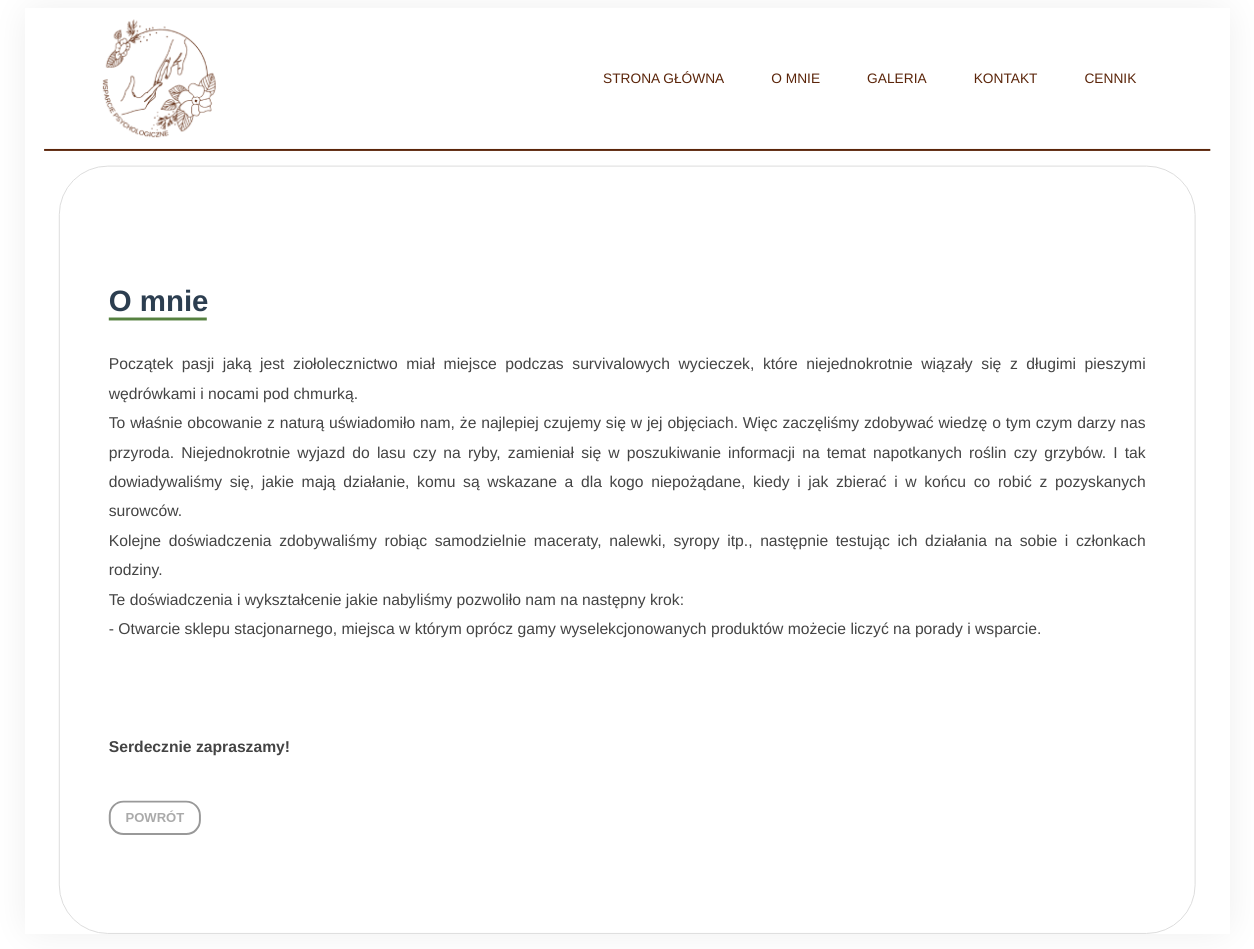
Repository: Kondzioor/szczepan-page
Page: /about
An editor plug-in stored every save of this project. The page is shown before and after the next save, followed by the edit.
The browser window is 1280 px wide. The pictures show the whole page, at 98% of full size.
Some web libraries are served in a nearby version. The project was rebuilt for these pictures with package versions that can differ from the ones it lists, and the page was loaded fresh each time. Also part of the build but not shown: src/views/Home.vue.

Above is the page before, as saved 2022-03-28 20:55:25.

After the next save:
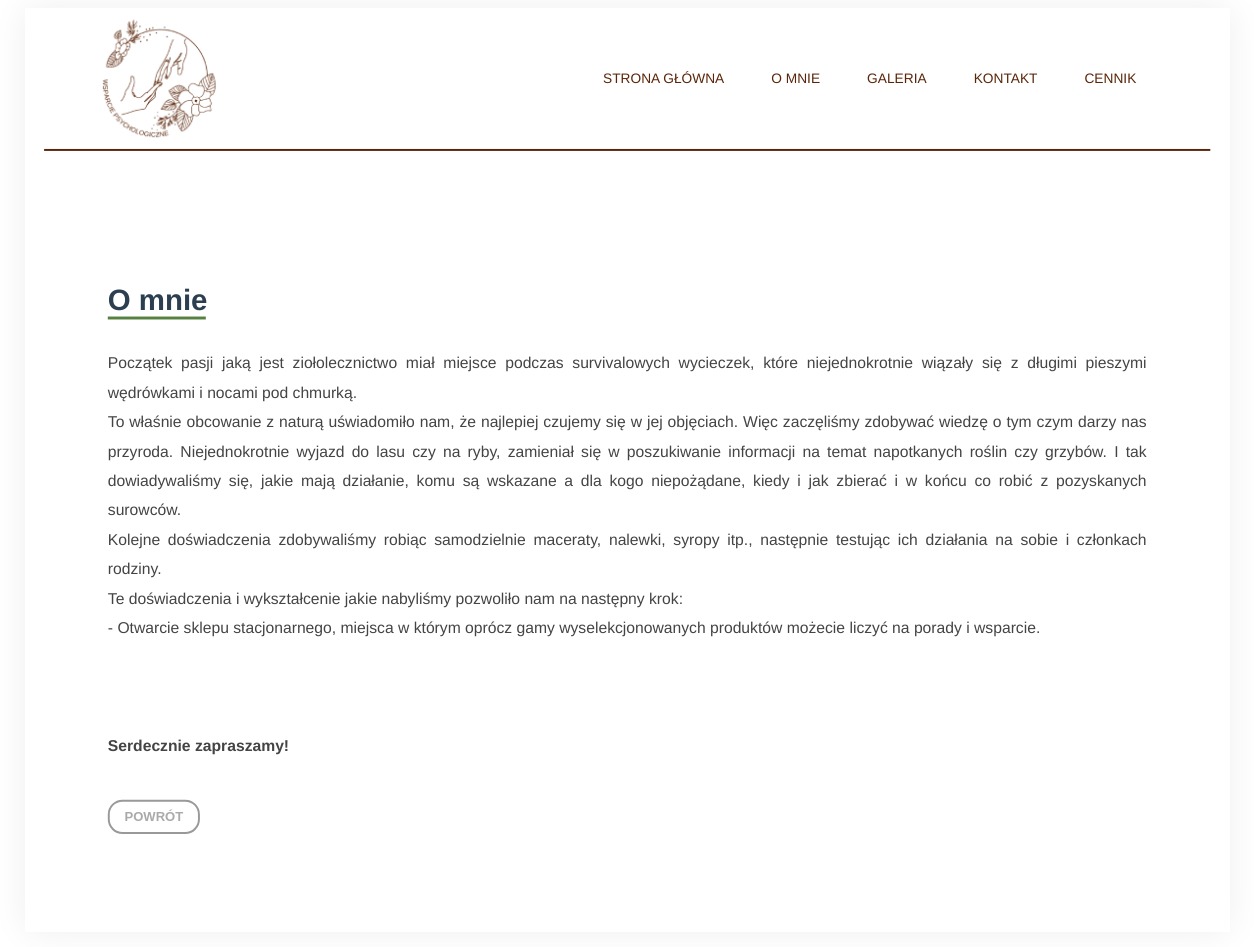
Saved 24 s later.
--- a/src/views/AboutUs.vue
+++ b/src/views/AboutUs.vue
@@ -44,8 +44,6 @@
 }
 .inner-container{
     padding: 100px 50px;
-    border: 1px solid #ddd;
-    border-radius: 50px;
 }
 .inner-container h1{
     margin-bottom: 30px;
